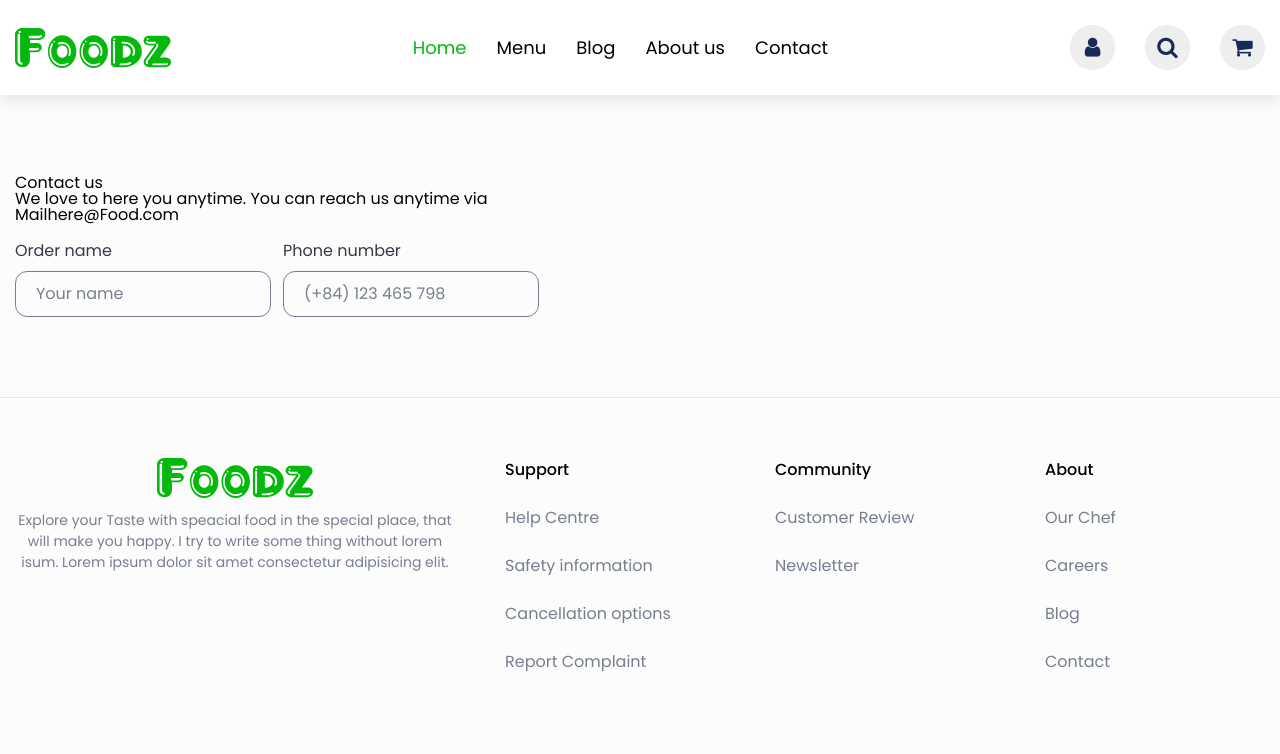
Repository: Toan3333/fooz
Page: assets/pages/contact.html
The author's editor kept a copy of each file at every save. The page is drawn from the files as they stood at one save, then again after the next save.
The browser window is 1280 px wide. The pictures show the whole page.
Some web fonts or font styles are not loaded; a fallback is used.

Above is the page before, as saved 2023-06-01 12:59:13.

### assets/pages/contact.html
<!DOCTYPE html>
<html lang="en">
  <head>
    <meta charset="UTF-8" />
    <meta http-equiv="X-UA-Compatible" content="IE=edge" />
    <meta name="viewport" content="width=device-width, initial-scale=1.0" />
    <title>Contact Us</title>
    <link rel="stylesheet" href="/assets/css/style.css" />
    <link
      href="https://fonts.googleapis.com/css?family=Poppins:100,100italic,200,200italic,300,300italic,regular,italic,500,500italic,600,600italic,700,700italic,800,800italic,900,900italic"
      rel="stylesheet"
    />
    <link
      href="https://fonts.googleapis.com/css?family=Alice:regular"
      rel="stylesheet"
    />
    <link
      rel="stylesheet"
      href="https://cdnjs.cloudflare.com/ajax/libs/font-awesome/4.7.0/css/font-awesome.min.css"
    />
  </head>
  <body>
    <div class="app">
      <!-- header -->
      <header class="header">
        <div class="container">
          <div class="header-main">
            <div class="header-logo">
              <img src="/assets/images/Logo.svg" alt="" />
            </div>
            <div class="header-menu">
              <ul class="header-nav">
                <li class="header-list">
                  <a href="/index.html" class="header-link active">Home</a>
                </li>
                <li class="header-list">
                  <a href="#" class="header-link">Menu</a>
                </li>
                <li class="header-list">
                  <a href="#" class="header-link">Blog</a>
                </li>
                <li class="header-list">
                  <a href="#" class="header-link">About us</a>
                </li>
                <li class="header-list">
                  <a href="#" class="header-link">Contact</a>
                </li>
              </ul>
            </div>
            <div class="header-auth">
              <div class="header-icon">
                <a href="#">
                  <i class="fa fa-user" aria-hidden="true"></i>
                </a>
                <a href="#">
                  <i class="fa fa-search" aria-hidden="true"></i>
                </a>
                <a href="#">
                  <i class="fa fa-shopping-cart" aria-hidden="true"></i>
                </a>
              </div>
            </div>
          </div>
        </div>
      </header>
      <!-- header end -->
      <div class="contact">
        <div class="container">
          <div class="contact-main">
            <div class="contact-content">
              <div class="contact-heading">
                <h3 class="contact-title">Contact us</h3>
                <div class="contact-text">
                  We love to here you anytime. You can reach us anytime via
                  <span>Mailhere@Food.com</span>
                </div>
              </div>
              <div class="form-container">
                <div class="form-field form-item">
                  <div class="form-field__title">Order name</div>
                  <input type="text" placeholder="Your name" />
                </div>
                <div class="form-field form-item">
                  <div class="form-field__title">Phone number</div>
                  <input type="text" placeholder="(+84) 123 465 798 " />
                </div>
              </div>
            </div>
            <div class="contact-map"></div>
          </div>
        </div>
      </div>
      <footer class="footer">
        <div class="container">
          <div class="footer-list">
            <div class="footer-column">
              <div class="footer-center">
                <div class="footer-logo">
                  <img src="/assets/images/Logo.svg" alt="" />
                </div>
                <p class="footer-desc">
                  Explore your Taste with speacial food in the special place,
                  that will make you happy. I try to write some thing without
                  lorem isum. Lorem ipsum dolor sit amet consectetur adipisicing
                  elit.
                </p>
              </div>
            </div>
            <div class="footer-column">
              <h3 class="footer-title">Support</h3>
              <ul class="footer-menu">
                <li class="footer-item"><a href="#">Help Centre</a></li>
                <li class="footer-item"><a href="#">Safety information</a></li>
                <li class="footer-item">
                  <a href="#">Cancellation options</a>
                </li>
                <li class="footer-item"><a href="#">Report Complaint</a></li>
              </ul>
            </div>
            <div class="footer-column">
              <h3 class="footer-title">Community</h3>
              <ul class="footer-menu">
                <li class="footer-item"><a href="#">Customer Review</a></li>
                <li class="footer-item"><a href="#">Newsletter</a></li>
              </ul>
            </div>
            <div class="footer-column">
              <h3 class="footer-title">About</h3>
              <ul class="footer-menu">
                <li class="footer-item"><a href="#">Our Chef</a></li>
                <li class="footer-item"><a href="#">Careers</a></li>
                <li class="footer-item">
                  <a href="#">Blog</a>
                </li>
                <li class="footer-item"><a href="#">Contact</a></li>
              </ul>
            </div>
          </div>
        </div>
      </footer>
      <!-- loader -->
      <!-- <div class="loader-container">
        <img src="./assets/images/loader.gif" alt="" />
      </div> -->
      <!-- loader end -->
    </div>
  </body>
</html>

### assets/css/style.css
*,
*:before,
*:after {
  box-sizing: border-box;
  text-decoration: none;
  list-style: none;
}
:root {
  --font-primary: "Poppins", sans-serif;
  --font-secondary: "Alice", sans-serif;
  --primary-color: #04b90b;
  --black: #000000;
  --gray: #777e90;
  --black-2: #23262f;
  --bg-primary: #fcfcfd;
  --gray-2: #f4f5f6;
  --gray-3: #353945;
  --btn-color: #192a56;
}
* {
  margin: 0;
  padding: 0;
  font: inherit;
}
img,
picture,
svg,
video {
  display: block;
  max-width: 100%;
}
input,
select,
textarea {
  background-color: transparent;
  outline: none;
}
button {
  cursor: pointer;
  background-color: transparent;
  outline: none;
  border: 0;
}
body {
  min-height: 100vh;
  font-weight: 400;
  font-size: 16px;
  line-height: 1;
  font-family: var(--font-primary);
  background-color: var(--bg-primary);
  color: var(--black);
}
.container {
  max-width: 1330px;
  width: 100%;
  margin: 0 auto;
  padding: 0 15px;
}
/* HEADER */
.header {
  position: sticky;
  top: 0;
  left: 0;
  right: 0;
  z-index: 1000;
  padding: 25px 0;
  background-color: #fff;
  box-shadow: 0 5px 15px rgba(0, 0, 0, 0.1);
}
.header-main {
  display: flex;
  justify-content: space-between;
  align-items: center;
}
.header-logo {
  cursor: pointer;
}
.header-nav {
  display: flex;
  align-items: center;
  gap: 30px;
}
.header-link {
  font-size: 18px;
  line-height: 30px;
  font-weight: 400;
  color: var(--black);
}
.header-link:hover {
  color: var(--primary-color);
  transition: all 0.2s linear;
}
.header-link.active {
  color: var(--primary-color);
}
.header-icon {
  display: flex;
  align-items: center;
  gap: 30px;
  font-size: 22px;
}
.header-icon a,
.header-icon i {
  width: 45px;
  height: 45px;
  line-height: 45px;
  border-radius: 100rem;
  text-align: center;
  color: var(--btn-color);
  background-color: #eee;
  transition: 0.2s linear;
}
.header-icon a:hover,
.header-icon i:hover {
  color: #fff;
  background-color: var(--primary-color);
  transform: rotate(180deg);
}

/* HEADER END */

/* HERO */
.hero {
  padding: 60px 0;
}
.hero-main {
  display: flex;
  justify-content: space-between;
  gap: 40px;
}
.hero-content {
  max-width: 677px;
  width: 100%;
}
.hero-title {
  font-size: 65px;
  font-weight: 400;
  font-family: var(--font-secondary);
  line-height: 70px;
  letter-spacing: -0.5%;
  margin-bottom: 30px;
}
.hero-desc {
  font-size: 24px;
  font-weight: 400;
  line-height: 36px;
  color: var(--gray);
  margin-bottom: 25px;
}
.hero-cta {
  margin-bottom: 105px;
}
.hero-btn {
  display: flex;
  align-items: center;
  gap: 24px;
}
.hero-btn span {
  font-size: 16px;
  line-height: 24px;
  font-weight: 400;
  color: var(--primary-color);
}
.button-primary {
  background-color: var(--btn-color);
  border-radius: 8px;
  padding: 10px 20px;
  font-size: 16px;
  line-height: 24px;
  font-weight: 500;
  color: var(--bg-primary);
  transition: all 0.2s linear;
}
.button-primary:hover {
  background-color: var(--primary-color);
  letter-spacing: 1px;
}
.hero-info {
  max-width: 576px;
  width: 100%;
  background-color: var(--gray-2);
  border-radius: 16px;
  padding: 28px 56px 28px 56px;
}
.hero-list {
  display: flex;
  align-items: center;
  justify-content: space-between;
}
.hero-item {
  text-align: center;
}
.hero-number {
  font-size: 32px;
  line-height: 48px;
  font-weight: 600;
  color: var(--gray);
}
.hero-text {
  font-size: 20px;
  line-height: 30px;
  color: var(--gray);
  font-weight: 400;
}
.hero-image {
  width: 100%;
}
.hero-image img {
  width: 100%;
}
/* HERO END*/

/* SERVICE */
.service {
  padding: 80px 0;
}
.text-center__primary {
  max-width: 440px;
  margin: 0 auto;
  text-align: center;
  font-size: 48px;
  font-weight: 400;
  line-height: 55px;
  font-family: var(--font-secondary);
  text-transform: capitalize;
}
.text-primary {
  color: var(--primary-color);
}
.service-list {
  margin-top: 80px;
  display: grid;
  grid-template-columns: repeat(3, 1fr);
  grid-gap: 70px;
}
.service-item {
  display: flex;
  align-items: center;
  justify-content: center;
  flex-direction: column;
  padding: 40px 36px;
  text-align: center;
  cursor: pointer;
}
.service-item:hover {
  background: #ffffff;
  box-shadow: 0px 10px 27px rgba(53, 53, 53, 0.05);
  transition: 0.2s linear;
}
.service-icon {
  margin-bottom: 24px;
}
.service-icon a {
  width: 120px;
  height: 120px;
  border-radius: 100rem;
  background: #ffffff;
  box-shadow: 5px 9px 16px rgba(0, 0, 0, 0.04);
  display: inline-flex;
  align-items: center;
  justify-content: center;
}
.service-title {
  font-size: 28px;
  line-height: 42px;
  font-weight: 400;
  color: var(--black-2);
  margin-bottom: 6px;
}
.service-desc {
  font-size: 16px;
  line-height: 24px;
  font-weight: 400;
  color: var(--gray-3);
}
/* SERVICE END*/

/* ABOUT */
.about {
  padding: 80px 0;
}
.about-heading {
  text-align: center;
}
.about-main {
  display: flex;
  justify-content: space-between;
  align-items: center;
  gap: 130px;
  margin-top: 80px;
}
.about-center {
  max-width: 475px;
}
.about-image {
  max-width: 500px;
  width: 100%;
}
.about-image img {
  width: 100%;
}
.about-content {
  width: 100%;
}
.about-info {
  display: flex;
  align-items: center;
  gap: 94px;
  font-family: var(--font-secondary);
  margin-bottom: 12px;
}
.about-name {
  font-size: 24px;
  color: var(--primary-color);
  font-weight: 400;
  line-height: 28px;
}
.about-view {
  display: flex;
  align-items: center;
  gap: 12px;
  font-size: 14px;
  font-weight: 500;
  line-height: 20px;
  color: var(--primary-color);
}
.about-desc {
  font-size: 18px;
  line-height: 27px;
  font-weight: 400;
  color: var(--gray-3);
}
/* ABOUT END*/

/* SPECIAL */
.special {
  padding: 80px 0;
}
.special-center {
  max-width: 770px;
  margin: 0 auto;
  width: 100%;
}
.text-bottom {
  margin-top: 12px;
  font-size: 24px;
  line-height: 36px;
  color: var(--gray-3);
  font-weight: 400;
  font-family: var(--font-primary);
}
.special-list {
  margin-top: 80px;
  display: grid;
  grid-template-columns: repeat(3, 1fr);
  grid-gap: 30px;
}
.special-item {
  background-color: #ffffff;
  box-shadow: 0px 10px 27px rgba(53, 53, 53, 0.05);
  border-radius: 15px;
  padding: 24px 28px;
}
.special-image {
  position: relative;
  width: 100%;
  margin-bottom: 24px;
  cursor: pointer;
  text-align: center;
  overflow: hidden;
}
.special-image .fa-heart,
.special-image .fa-eye {
  position: absolute;
  top: 15px;
  height: 50px;
  width: 50px;
  line-height: 50px;
  background-color: #eee;
  font-size: 20px;
  border-radius: 50%;
  transition: all 0.2s linear;
}
.special-image .fa-heart:hover,
.special-image .fa-eye:hover {
  background-color: var(--primary-color);
  color: #fff;
}
.special-image .fa-heart {
  right: -150px;
}
.special-image .fa-eye {
  left: -150px;
}
.special-image:hover .fa-heart {
  right: 15px;
}
.special-image:hover .fa-eye {
  left: 15px;
}

.special-image img {
  width: 100%;
}
.special-title {
  font-size: 32px;
  line-height: 37px;
  font-weight: 400;
  color: var(--black-2);
  margin-bottom: 12px;
  font-family: var(--font-secondary);
  cursor: pointer;
}
.special-title:hover {
  color: var(--primary-color);
  transition: 0.2s linear;
}
.special-rating {
  display: flex;
  align-items: center;
  gap: 12px;
  margin-bottom: 12px;
}
.special-icon i {
  color: var(--primary-color);
}
.special-views {
  font-size: 16px;
  line-height: 24px;
  font-weight: 400;
  color: var(--gray-3);
}
.special-bottom {
  display: flex;
  align-items: center;
  justify-content: space-between;
}
.special-price {
  font-size: 40px;
  line-height: 40px;
  font-weight: 400;
  color: var(--primary-color);
  font-family: var(--font-secondary);
  text-transform: capitalize;
}
.special-arrows {
  margin-top: 48px;
  display: inline-block;
  position: relative;
  left: 50%;
  transform: translateX(-50%);
  cursor: pointer;
}
.special-main {
  display: flex;
  align-items: center;
  gap: 8px;
}
.special-btn-arrow i {
  width: 40px;
  height: 40px;
  border-radius: 100rem;
  display: inline-flex;
  border: 2px solid #e6e8ec;
  border-radius: 40px;
  align-items: center;
  justify-content: center;
  transition: 0.2s ease-in-out;
}
.special-btn-arrow i:hover {
  color: white;
  background-color: var(--primary-color);
}
/* SPECIAL END*/
/* form */
.form-main {
  margin-top: 80px;
  display: flex;
  justify-content: space-between;
  align-items: center;
  gap: 105px;
}
.form-content {
  max-width: 544px;
  width: 100%;
}
.form-title {
  font-size: 24px;
  font-weight: 400;
  line-height: 36px;
  color: var(--black-2);
  margin-bottom: 4px;
}
.form-text {
  font-size: 16px;
  line-height: 24px;
  font-weight: 400;
  margin-bottom: 24px;
}
.form-list {
  display: flex;
  align-items: center;
  justify-content: space-between;
  margin-bottom: 8px;
  font-size: 16px;
  line-height: 24px;
  font-weight: 400;
}
.form-list span {
  color: var(--primary-color);
}
.form-meal__select {
  width: 100%;
}
.form-meal__select select {
  width: 100%;
  padding: 10px 20px 10px 20px;
  border-radius: 12px;
  color: var(--gray);
}
.form-meal__add {
  color: var(--primary-color);
  display: flex;
  align-items: center;
  gap: 4px;
  font-size: 14px;
  line-height: 21px;
  margin-top: 8px;
}
.form-container {
  display: flex;
  justify-content: space-between;
  align-items: center;
}
.form-field {
  font-size: 16px;
  font-weight: 400;
  line-height: 24px;
  margin-top: 16px;
}
.form-field__title {
  font-size: 16px;
  line-height: 24px;
  font-weight: 400;
  color: var(--gray-3);
}
.form-item {
  max-width: 256px;
  width: 100%;
  position: relative;
}
.form-item.form-items {
  max-width: 544px;
  width: 100%;
}
.form-input__cash {
  width: 100%;
}
.form-item__icon {
  position: absolute;
  top: 23px;
  right: 20px;
}
.form-field input {
  width: 100%;
  padding: 10px 20px 10px 20px;
  border-radius: 12px;
  border: 1px solid var(--gray);
  margin-top: 8px;
}
.form-field input::placeholder {
  font-size: 16px;
  font-weight: 400;
  color: var(--gray);
}
.form-field.form-item {
  max-width: 256px;
  width: 100%;
}
.form-field textarea {
  width: 100%;
  padding: 10px 20px;
  border: 1px solid var(--gray);
  border-radius: 12px;
  color: var(--gray);
  font-weight: 400;
}
.form-price {
  font-size: 16px;
  line-height: 24px;
  font-weight: 400;
  color: var(--gray);
  display: flex;
  align-items: center;
  gap: 6px;
  margin-bottom: 32px;
}
.form-price span {
  font-size: 24px;
  line-height: 27px;
  font-family: var(--font-secondary);
  font-weight: 400;
  color: var(--primary-color);
}
.form-image {
  width: 100%;
}
.form-image img {
  width: 100%;
}
.loader-container {
  position: fixed;
  top: 0;
  left: 0;
  z-index: 10000;
  display: flex;
  justify-content: center;
  align-items: center;
  height: 100%;
  width: 100%;
  background-color: #fff;
}
.loader-container.fade-out {
  top: -120%;
}
.blog {
  padding: 80px 0px;
}
.blog-list {
  margin-top: 80px;
  display: grid;
  grid-template-columns: repeat(3, 1fr);
  grid-gap: 30px;
}
.blog-image {
  transition: 0.2s linear;
  width: 100%;
  overflow: hidden;
  cursor: pointer;
}

.blog-image img {
  width: 100%;
  transition: all 0.3s ease-in-out;
}
.blog-image:hover img {
  transform: scale(1.1);
}
.blog-content {
  padding: 15px 20px;
  border: 1px solid #e5e5e5;
  background-color: #ffffff;
}
.blog-title {
  font-size: 20px;
  line-height: 32px;
  margin-bottom: 8px;
  cursor: pointer;
  transition: 0.2s linear;
}
.blog-title:hover {
  color: var(--primary-color);
}
.blog-desc {
  font-size: 16px;
  line-height: 24px;
  font-weight: 400;
  color: var(--gray);
  margin-bottom: 12px;
}
.menu {
  padding: 80px 0;
}
.menu-center {
  margin-bottom: 32px;
}
.tab {
  max-width: 672px;
  width: 100%;
  margin: 0 auto;
  background-color: white;
  padding: 8px;
  box-shadow: 0px 3px 9px rgba(1, 5, 20, 0.05);
  border-radius: 8px;
  display: grid;
  grid-template-columns: repeat(3, 1fr);
  grid-gap: 36px;
}
.tab-item {
  display: flex;
  align-items: center;
  padding: 12px;
  cursor: pointer;
  transition: all 0.2s linear;
  gap: 8px;
}
.tab-item img {
  width: 33px;
  height: 33px;
}
.tab-item.active {
  background-color: var(--primary-color);
  color: white;
  border-radius: 8px;
}
.tab-item:hover {
  background-color: var(--primary-color);
  border-radius: 8px;
  color: white;
}
.contact {
  padding: 80px 0;
}
.contact-main {
  display: flex;
  justify-content: space-between;
  align-items: center;
  gap: 135px;
}
.contact-content {
  max-width: 524px;
  width: 100%;
}
.footer {
  padding-bottom: 80px;
  border-top: 1px solid #e6e8ec;
  padding-top: 60px;
}
.footer-list {
  display: grid;
  grid-template-columns: 2fr 1fr 1fr 1fr;
  grid-gap: 50px;
}
.footer-center {
  display: flex;
  align-items: center;
  flex-direction: column;
  text-align: center;
}
.footer-logo {
  margin-bottom: 12px;
}
.footer-desc {
  font-size: 14px;
  line-height: 21px;
  color: var(--gray);
  font-weight: 400;
}
.footer-title {
  font-size: 16px;
  line-height: 24px;
  font-weight: 500;
  color: var(--black);
  margin-bottom: 24px;
}
.footer-menu {
  display: flex;
  gap: 24px;
  flex-direction: column;
}
.footer-item a {
  font-size: 16px;
  font-weight: 400;
  line-height: 24px;
  color: var(--gray);
  transition: 0.2s linear;
}
.footer-item a:hover {
  color: var(--primary-color);
}

After the next save:
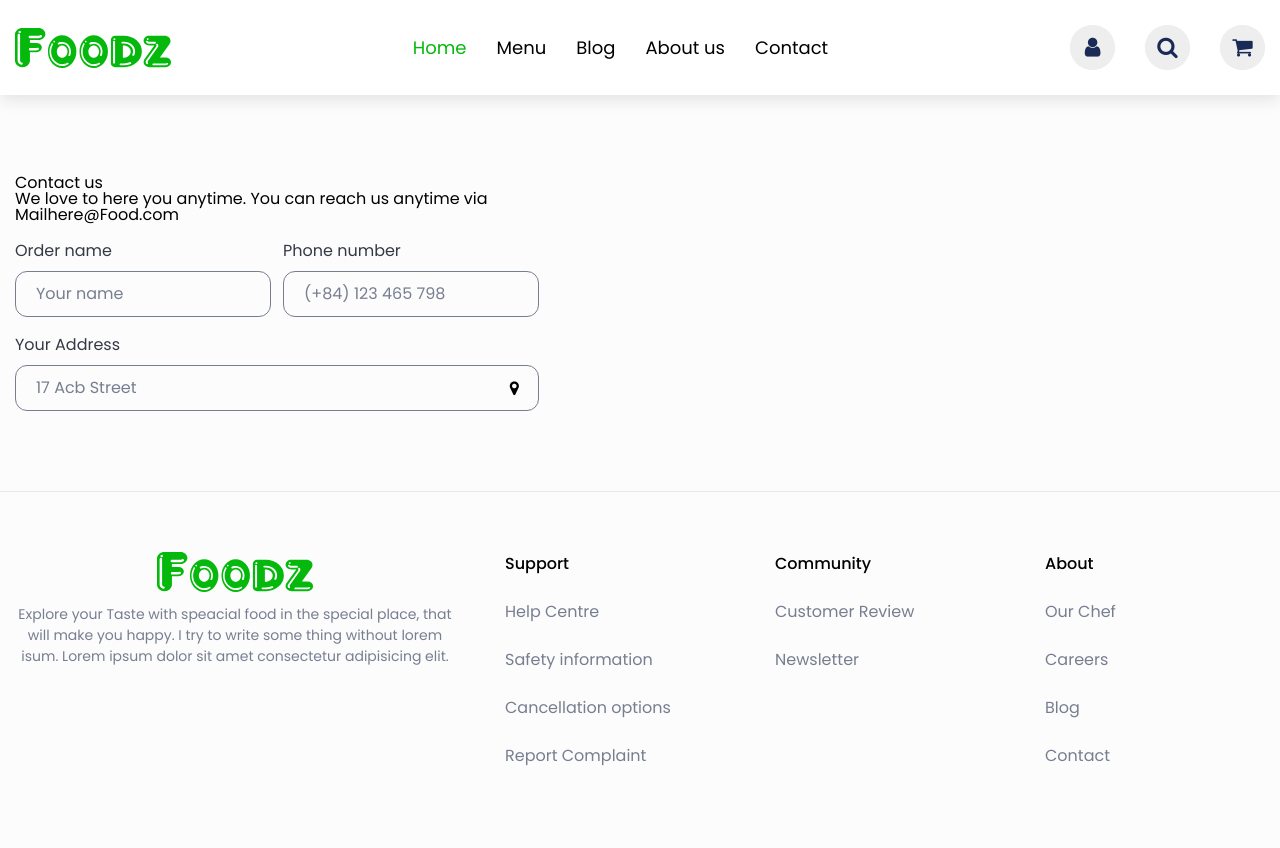
Saved 54 s later.
--- a/assets/pages/contact.html
+++ b/assets/pages/contact.html
@@ -85,6 +85,16 @@
                   <input type="text" placeholder="(+84) 123 465 798 " />
                 </div>
               </div>
+              <div class="form-field">
+                <div class="form-field__title">Your Address</div>
+                <div class="form-item form-items">
+                  <input type="text" placeholder="17 Acb Street" />
+                  <i
+                    class="fa fa-map-marker form-item__icon"
+                    aria-hidden="true"
+                  ></i>
+                </div>
+              </div>
             </div>
             <div class="contact-map"></div>
           </div>
